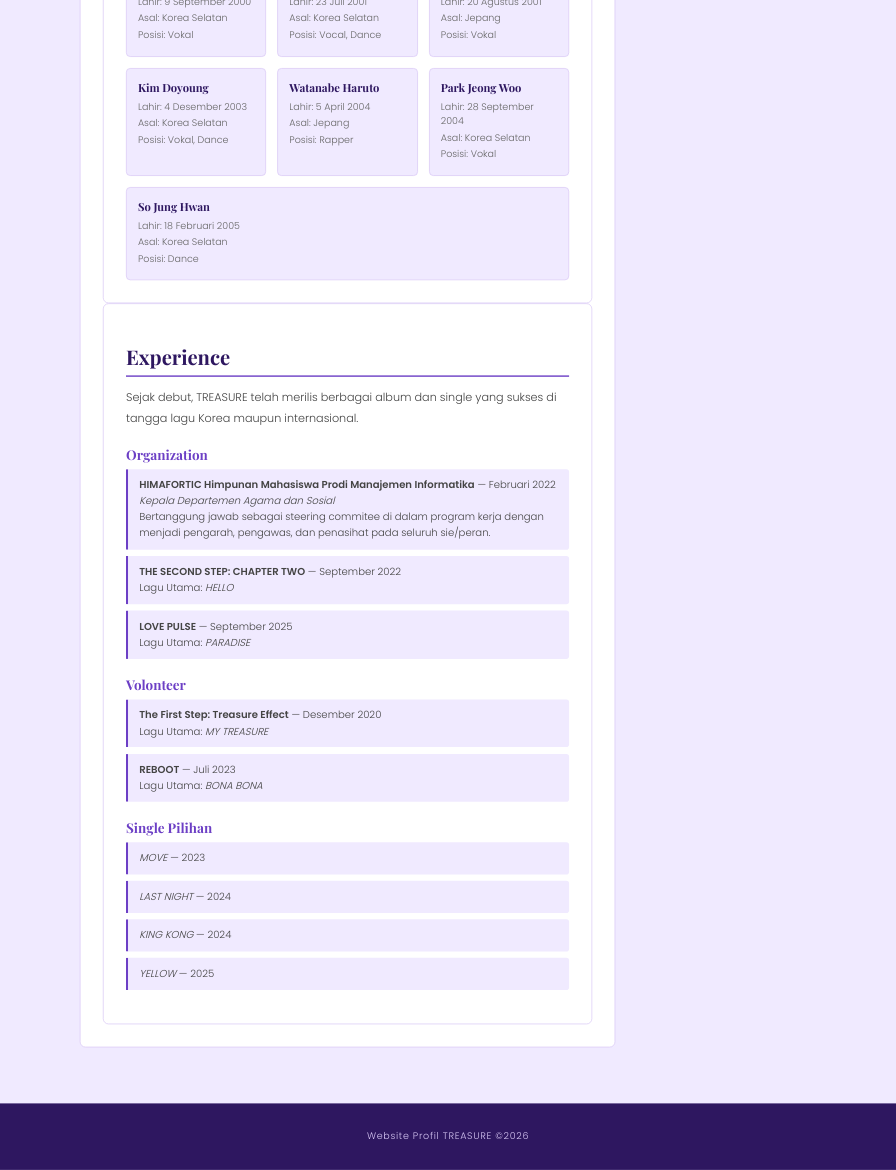
Repository: VergiMutiaRahmasyani/Website-Portofolio
Page: index.html
The author's editor kept a copy of each file at every save. The page is drawn from the files as they stood at one save, then again after a run of saves.
The browser window is 1280 px wide. The pictures show the part of the page from y = 1216 to 3136 px (the page is 2887 px tall before and 3136 px after), at 70% of full size.

Above is the page before, as saved 2026-03-07 11:43:56.

After the next 10 saves:
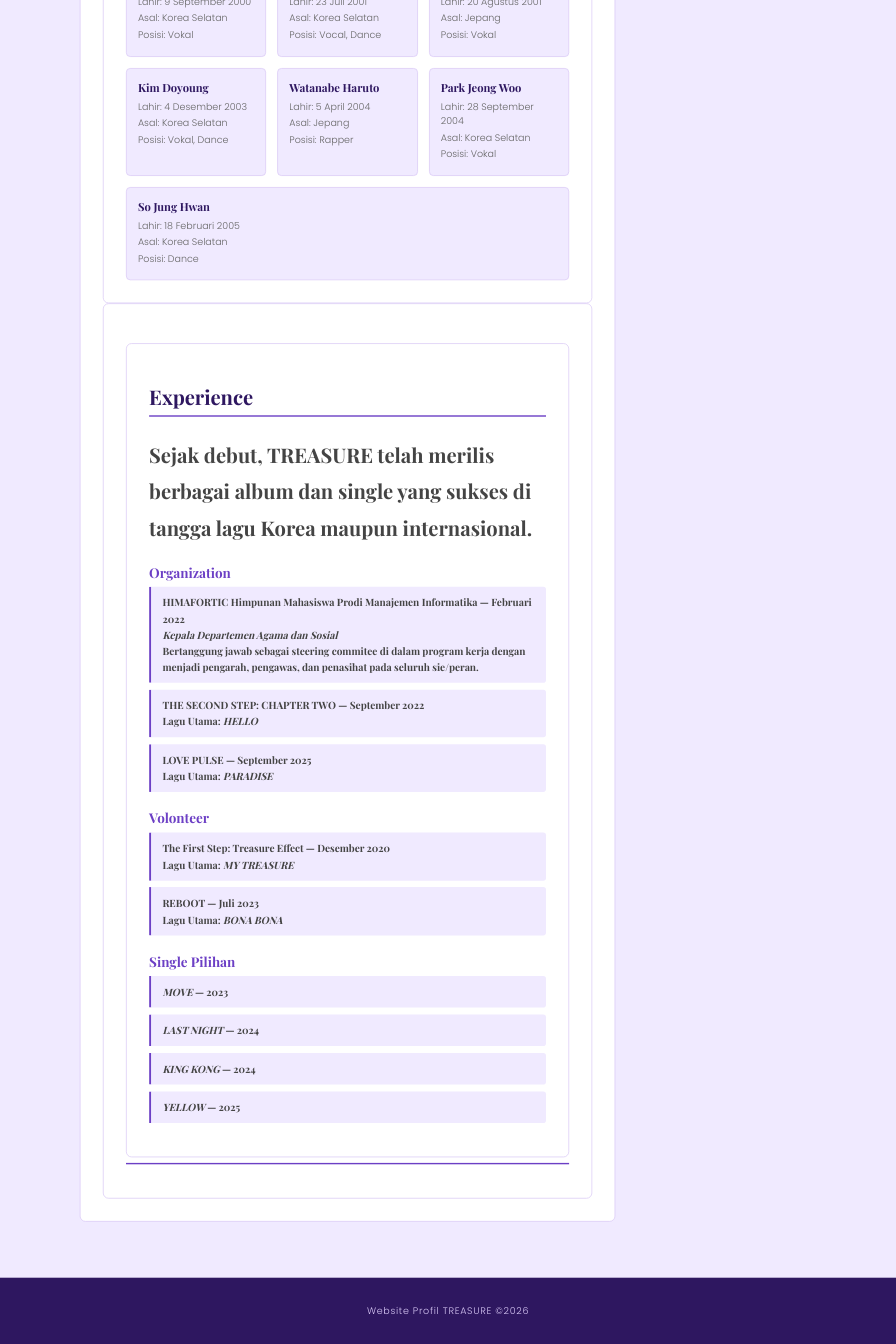
The 10 saves are shown as one change because they came seconds apart.
The last was saved 51 s later.
--- a/index.html
+++ b/index.html
@@ -126,6 +126,10 @@
                         </div>
                     </article>
 
+                    <article >
+                        <h2
+                    </article>
+
                     <article id="pengalaman">
                         <h2>Experience</h2>
                         <p>
